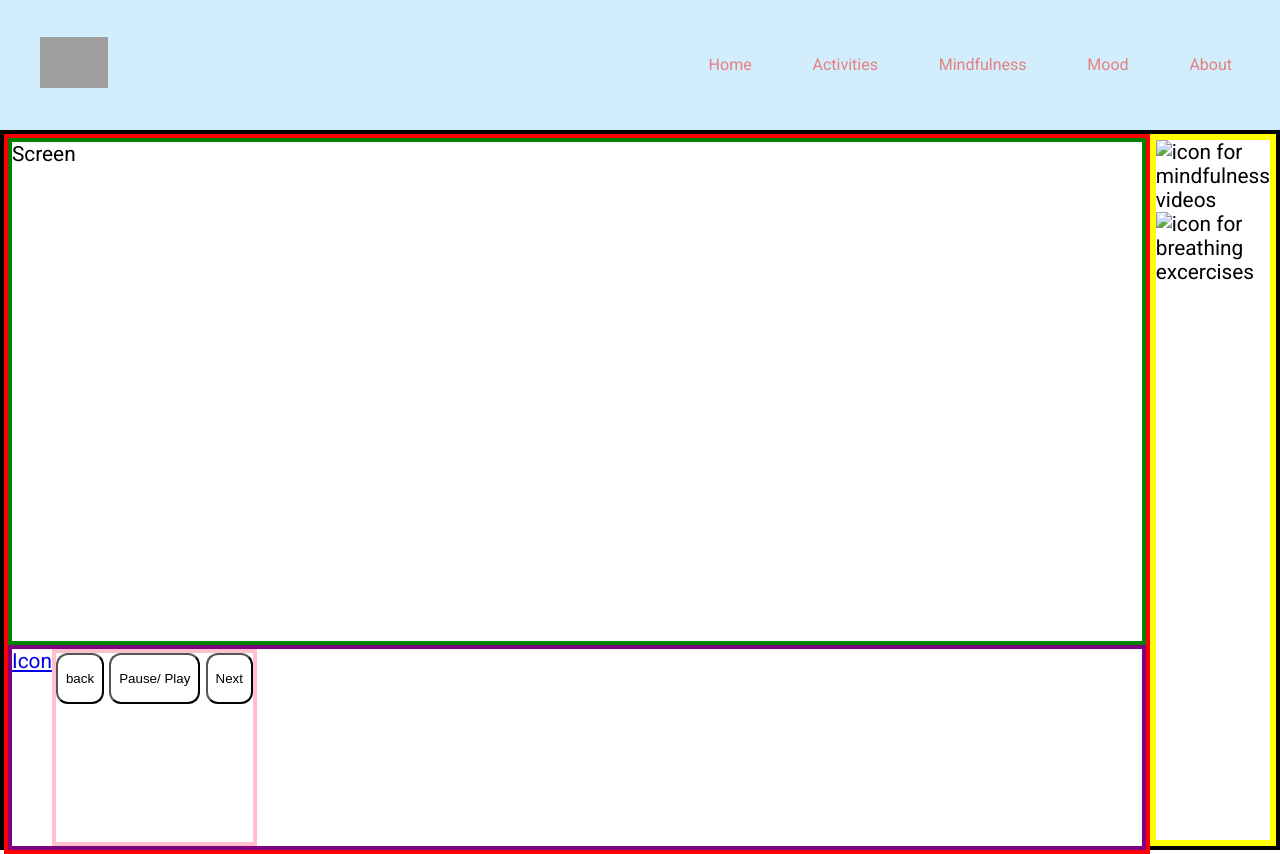
Repository: Nafisa-Huda/HealthierMind
Page: public/mindfulness.html
These files come from the project's save history. The page is drawn as it stood at one moment and after a run of saves; the edit follows.
The browser window is 1280 px wide. The pictures show the whole page.
Pictures or frames that could not be fetched are drawn as grey boxes. Some web fonts or font styles are not loaded; a fallback is used.

Above is the page before, as saved 2022-07-16 13:30:38.

### public/mindfulness.html
<!DOCTYPE html>
<html lang="en">

<head>
    <meta charset="UTF-8">
    <meta http-equiv="X-UA-Compatible" content="IE=edge">
    <meta name="viewport" content="width=device-width, initial-scale=1.0">
    <title>HealthyMind</title>
    <link rel="preconnect" href="https://fonts.googleapis.com">
    <link rel="preconnect" href="https://fonts.gstatic.com" crossorigin>
    <link
        href="https://fonts.googleapis.com/css2?family=Caveat+Brush&family=Fredoka+One&family=Roboto&family=Source+Sans+Pro:wght@300&display=swap"
        rel="stylesheet">
    <link rel="stylesheet" href="https://unpkg.com/swiper@8/swiper-bundle.min.css" />
    <link rel="stylesheet" href="css/mindfulness.css">
</head>

<body>
    <header>
        <div class="container row">
            <a href="index.html"><img class="logo" src="https://i.ibb.co/xLGc6jC/Healthy-Mind-logo.png"
                    alt="healthy-mind-logo"></a>
            <nav class="nav">
                <ul class="nav__list">
                    <li class="nav__item"><a href="index.html" class="nav__link">Home</a></li>
                    <li class="nav__item"><a href="activities.html" class="nav__link">Activities</a></li>
                    <li class="nav__item"><a href="mindfulness.html" class="nav__link">Mindfulness</a></li>
                    <li class="nav__item"><a href="tracker.html" class="nav__link">Mood</a></li>
                    <li class="nav__item"><a href="about.html" class="nav__link">About</a></li>
                </ul>
            </nav>
        </div>
    </header>
    <section>
        <div class="container__video">
            <div class="wrapper">
                <div class="screen"> Screen </div>
                <div class="controls">
                    <span>
                        <a href="parents__info">
                            <!--icon for parents but we'll make it a modal--> Icon
                        </a>
                    </span>
                    <div class="control__panel">
                        <button class="back">back</button>
                        <button class="pauplay"> Pause/ Play </button>
                        <button class="next">Next</button>
                    </div>
                </div>
            </div>
            <div class="sidebar">
                <img src="#" alt="icon for mindfulness videos" />
                <img src="#" alt="icon for breathing excercises" />
            </div>
        </div>
    </section>
    <!-- Slider main container -->
    <!-- <section class="swiper">
    <div class="swiper-wrapper">
      <div class="swiper-slide">Slide 1</div>
      <div class="swiper-slide">Slide 2</div>
      <div class="swiper-slide">Slide 3</div>
    </div>
    <div class="swiper-pagination"></div>
    <div class="swiper-button-prev"></div>
    <div class="swiper-button-next"></div>
</section> -->

    <script src="https://unpkg.com/swiper@8/swiper-bundle.min.js"></script>
    <script src="js/mindfulness.js"></script>
</body>

</html>

### public/css/mindfulness.css
*,
*::before,
*::after {
  box-sizing: border-box;
  margin: 0;
  padding: 0;
}

body {
  max-width: 100%;
  font-family: "Roboto", sans-serif;
  font-size: 1.3rem;
  overflow:hidden;
}
html {
  scroll-behavior: smooth;
  scroll-padding-top: (--scroll-padding, 100px);
}

/*scrollbar*/
::-webkit-scrollbar {
  width: 0.7em;
}
::-webkit-scrollbar-track {
  background: antiquewhite;
}
::-webkit-scrollbar-thumb {
  background: linear-gradient(10deg, #69488a, #f18d8d);
}

header{
  background-color: #d2edfc;
  height: 3%;
}
.container {
  width: 100vw;
  height: 18vh;
  margin: 0 auto;
}
.main {
  height: 100vh;
}

.hero {
  display: flex;
  background-color: #d2edfc;
}
.hero h1 {
  font-family: caveat brush;
  text-align: center;
  margin-top: 0%;
  font-size: 3em;
}

.hero p {
  padding: 0 0.5em;
  margin-top: 0;
  text-align: center;
}

  .hero__text{
    width: 50%;
    margin: 8rem 0 4rem 2rem;
    display: flex;
    flex-direction: column;
    align-items: center;
    justify-content: flex-start;
  }

.row {
  display: flex;
  justify-content: space-between;
  align-items: center;
  width: 100%;
}

.logo {
  width: 15%;
  height: 100%;
  margin-left: 2.5rem;
  margin-right: 1rem;
}

.nav {
    display: flex;
    justify-content: space-between;
    align-items: center;
    max-width: 100%;
}

.nav__list {
  margin: 0;
  list-style: none;
  display: flex;
  align-items: center;
  font-size: 2rem;
}

.nav__item {
  display: flex;
  flex-direction: row;
  padding: 0.8rem;
  padding-right: 3rem;
  /* padding-right: 9rem; */
}
.nav__link {
  text-decoration: none;
  font-size: initial;
  font-weight: 200;
  color: #e68080;
}

.nav__link--button {
  padding: 0.25em 1em;
}

.nav__link:hover {
  opacity: 0.75;
}

.swiper {
    width:60vw;
    height: 70vh;
    margin: 0 auto;
    margin-top: 2rem;
    background-color: rgb(244, 244, 141);
    border-radius: 2rem;
  }
.container__video{
  border: 0.3rem solid black;
  height: 100vh;
  display: flex;
  flex-direction: row;
  width: 100%;
}
.wrapper{
  border: 0.3rem solid red;
  height: 100vh;
  width: 100%;
  display: flex;
  flex-direction: column;
}
.screen{
  border: 0.3rem solid green;
  width: 100%;
  height: 100%;
}
.sidebar{
  border: 0.4rem solid yellow;
  width: 10%;
  display: flex;
  flex-direction: column;
}
.controls{
  border: 0.3rem solid purple;
  width: 100%;
  height: 40%;
  display: flex;

}
.control__panel{
  border: 0.3rem solid pink;
}
.back,.next,.pauplay{
  background: none;
  padding: 1rem 0.5rem 1rem 0.5rem;
  border-radius: 0.75rem;
  btn{
    display: flex;
    padding: 7px;
    font-family: caveat brush;
    text-transform: uppercase;
    background: #ff9f9f;
    color: #fff;
    font-size: medium;
    border: none;
    border-radius: 3px;
    cursor: pointer;
  }

  .btn:hover{
    background:#f99292;
  }
}

Loaded but not shown: public/mindfulness.js (common file)

After the next 2 saves:
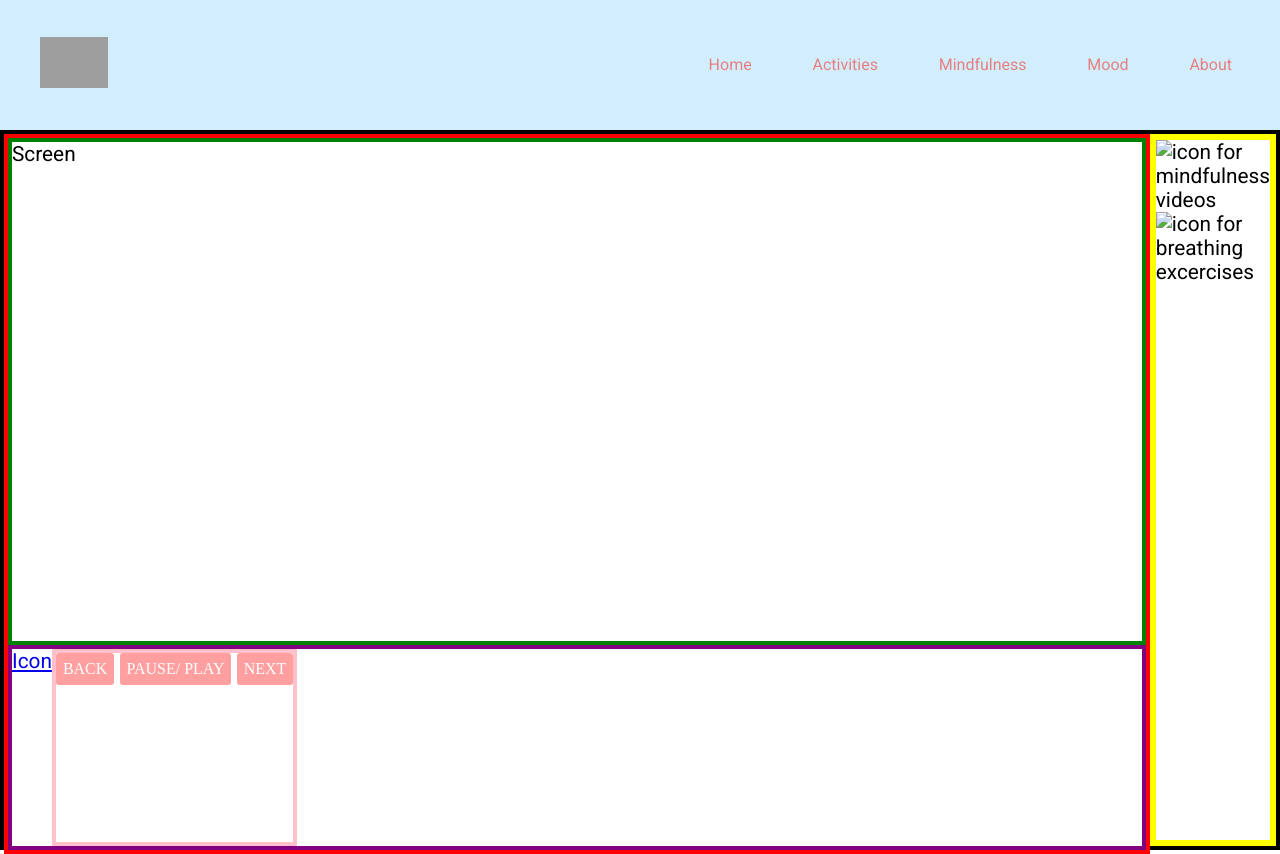
The 2 saves are shown as one change because they came seconds apart.
The last was saved 9 s later.
--- a/public/css/mindfulness.css
+++ b/public/css/mindfulness.css
@@ -165,9 +165,7 @@ header{
   background: none;
   padding: 1rem 0.5rem 1rem 0.5rem;
   border-radius: 0.75rem;
-  btn{
-    display: flex;
-    padding: 7px;
+  padding: 7px;
     font-family: caveat brush;
     text-transform: uppercase;
     background: #ff9f9f;
